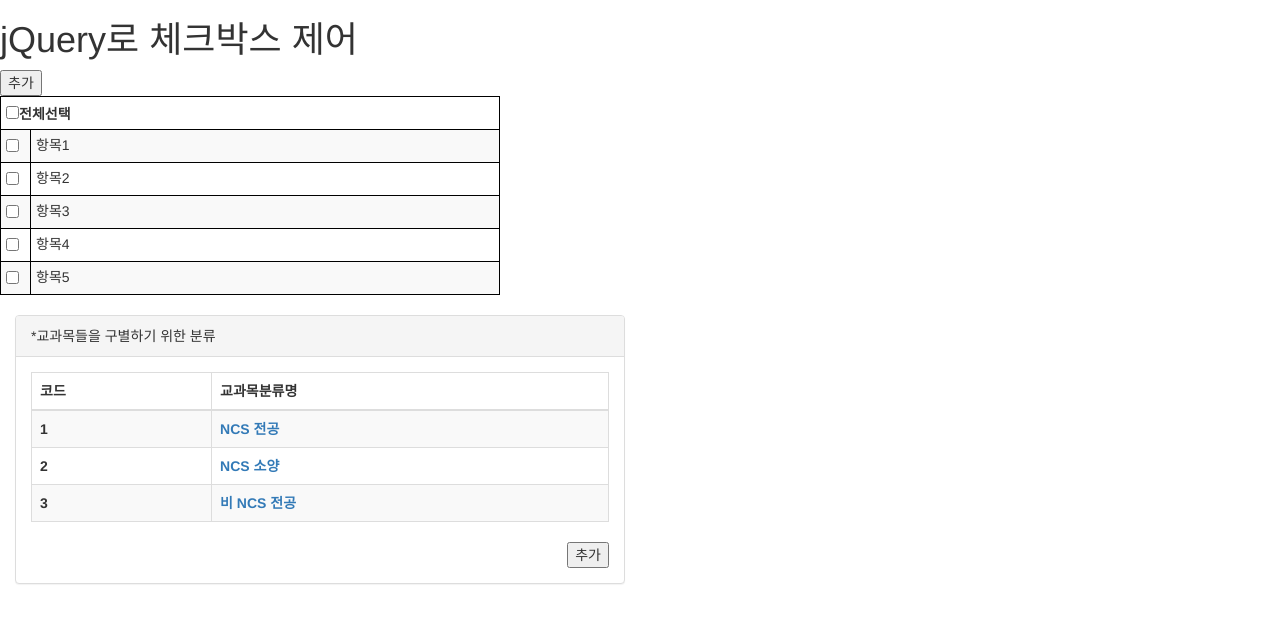
Repository: CHOKIHO/html
Page: work/0112_bootstrap/WebContent/ex1.html
These files come from the project's save history. The page is drawn as it stood at one moment and after the next save; the edit follows.
The browser window is 1280 px wide. The pictures show the whole page.
Some web libraries are served in a nearby version.

Above is the page before, as saved 2017-01-12 02:07:46.

### work/0112_bootstrap/WebContent/ex1.html
<!DOCTYPE html>
<html>
<head>
<meta charset="UTF-8">
<title>Insert title here</title>
    <!-- Bootstrap Core CSS -->
    <link href="./css/bootstrap.css" rel="stylesheet">
    <!-- DataTables CSS -->
    <link href="./css/dataTables.bootstrap.css" rel="stylesheet">


<script src="https://code.jquery.com/jquery-3.1.1.js"></script>


<style type="text/css">
	#table {
		width: 500px;
/* 		border: 1px solid black;
		border-collapse: collapse;
 */	}

	#table th, #table td {
		border: 1px solid black;
		padding: 5px;
	}

	#table th {
		text-align: left;
	}

	.ch {
		width: 30px;
	}

	.alignRight {
		text-align: right;
	}
</style>

<script type="text/javascript">

	$(function() {

		$("#all").bind("click", function() {

			//var ar = $("tbody input[type=checkbox]");
			//var ar = $("tbody").find("input[type=checkbox]");

			var ar = $("tbody").find(":checkbox");   //속성값으로 find

			//this(#all)의 checked상태에 따라 ar의 prop(속성)을 checked로
			ar.prop("checked", this.checked);

			if (this.checked) {
				$(this.next().text("선택해제"));
			} else {
				$(this.next().text("전체선택"));
			}

		});
	});

</script>

</head>
<body>
	<h1>jQuery로 체크박스 제어</h1>
	<input type="button" value="추가" id="btn"/>

	<table id="table" class="table table-striped table-bordered table-hover">
		<thead>
			<tr>
				<th colspan="2">
					<input type="checkbox" id="all"/><span>전체선택</span>
				</th>
			</tr>
		</thead>
		<tbody>
			<tr>
				<td class="ch"><input type="checkbox" id="ch1"/></td>
				<td>항목1</td>
			</tr>
			<tr>
				<td class="ch"><input type="checkbox" id="ch2"/></td>
				<td>항목2</td>
			</tr>
			<tr>
				<td class="ch"><input type="checkbox" id="ch3"/></td>
				<td>항목3</td>
			</tr>
			<tr>
				<td class="ch"><input type="checkbox" id="ch4"/></td>
				<td>항목4</td>
			</tr>
			<tr>
				<td class="ch"><input type="checkbox" id="ch5"/></td>
				<td>항목5</td>
			</tr>
		</tbody>
	</table>

	<div class="col-lg-6">
		<div class="panel panel-default">
			<div class="panel-heading">
			    *교과목들을 구별하기 위한 분류
			</div>
			<div class="panel-body">

				<table id="table2" class="table table-striped table-bordered table-hover">  <!-- table-responsive -->
					<thead>
						<tr>
							<th>코드</th>
							<th>교과목분류명</th>
						</tr>
					</thead>
					<tbody>
						<tr>
							<th>1</th>
							<th><a href="#">NCS 전공</a></th>
						</tr>
						<tr>
							<th>2</th>
							<th><a href="#">NCS 소양</a></th>
						</tr>
						<tr>
							<th>3</th>
							<th><a href="#">비 NCS 전공</a></th>
						</tr>
					</tbody>
				</table>

				<div class="alignRight">
					<input type="button" id="btn1" name="btn1" value="추가" />
				</div>

			</div>

		</div>
	</div>


</body>
</html>

Loaded but not shown: work/0112_bootstrap/WebContent/css/bootstrap.css (library); work/0112_bootstrap/WebContent/css/dataTables.bootstrap.css (common file)

After the next save:
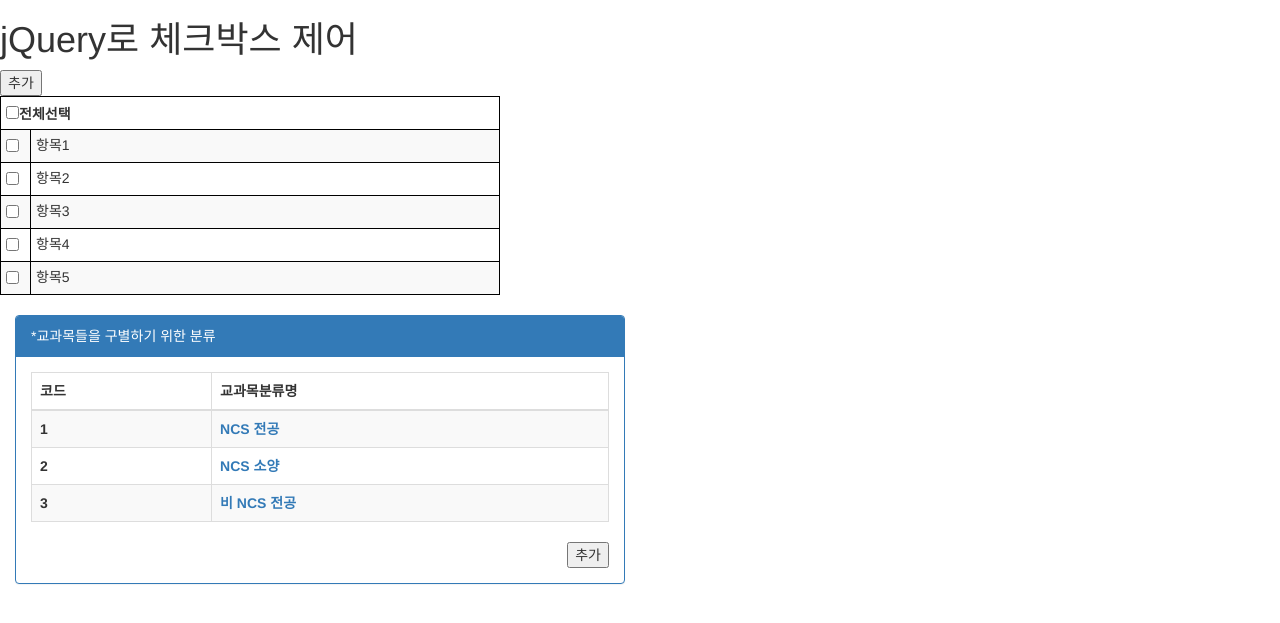
Saved 2 min 46 s later.
--- a/work/0112_bootstrap/WebContent/ex1.html
+++ b/work/0112_bootstrap/WebContent/ex1.html
@@ -100,7 +100,7 @@
 	</table>
 
 	<div class="col-lg-6">
-		<div class="panel panel-default">
+		<div class="panel panel-primary">
 			<div class="panel-heading">
 			    *교과목들을 구별하기 위한 분류
 			</div>
